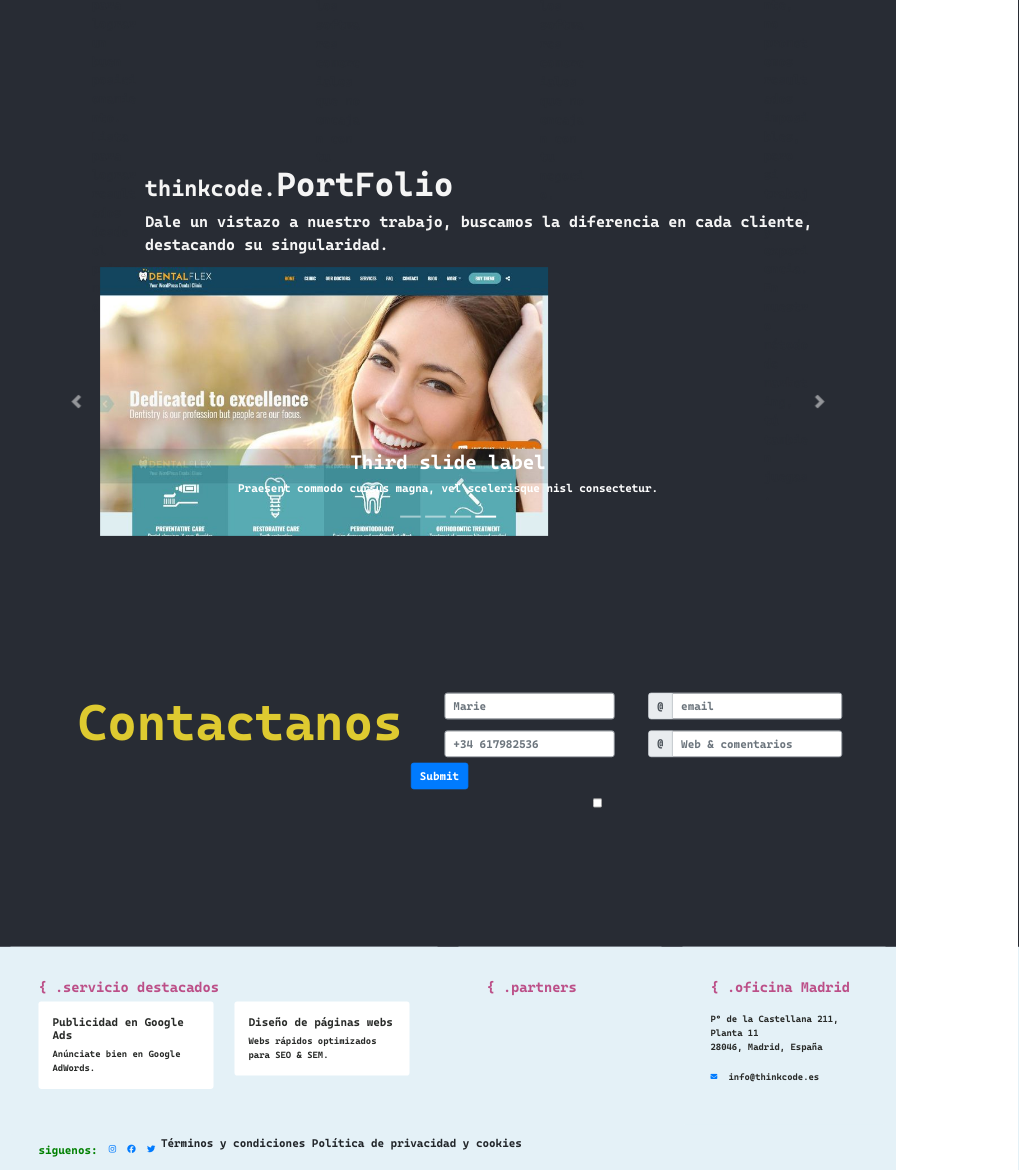
Repository: banchiec/thinkcode
Page: /
These files come from the project's save history. The page is drawn as it stood at one moment and after the next save; the edit follows.
The browser window is 1280 px wide. The page is 1455 px wide, so the pictures cover 1455 px, including what lies to the right of the window. The pictures show the part of the page from y = 2001 to 3681 px (the page is 3673 px tall before and 3681 px after), at 70% of full size.
Some web libraries are served in a nearby version. The project was rebuilt for these pictures with package versions that can differ from the ones it lists, and the page was loaded fresh each time. A package was used in the major version that the imports need, not the one package.json lists. Also part of the build but not shown: src/components/MenuItems.js, src/components/Dropdownthink.css, src/components/Dropdownthink.js, src/components/pages/Consulting.js, src/components/pages/ContactUs.js, src/components/pages/Marketing.js, src/components/pages/Products.js, src/components/pages/Services.js and 1 more. Imported but missing from the stored project, and not drawn on this page: src/components/sliderInfo/SliderInfo.

Above is the page before, as saved 2020-11-30 15:14:25.

After the next save:
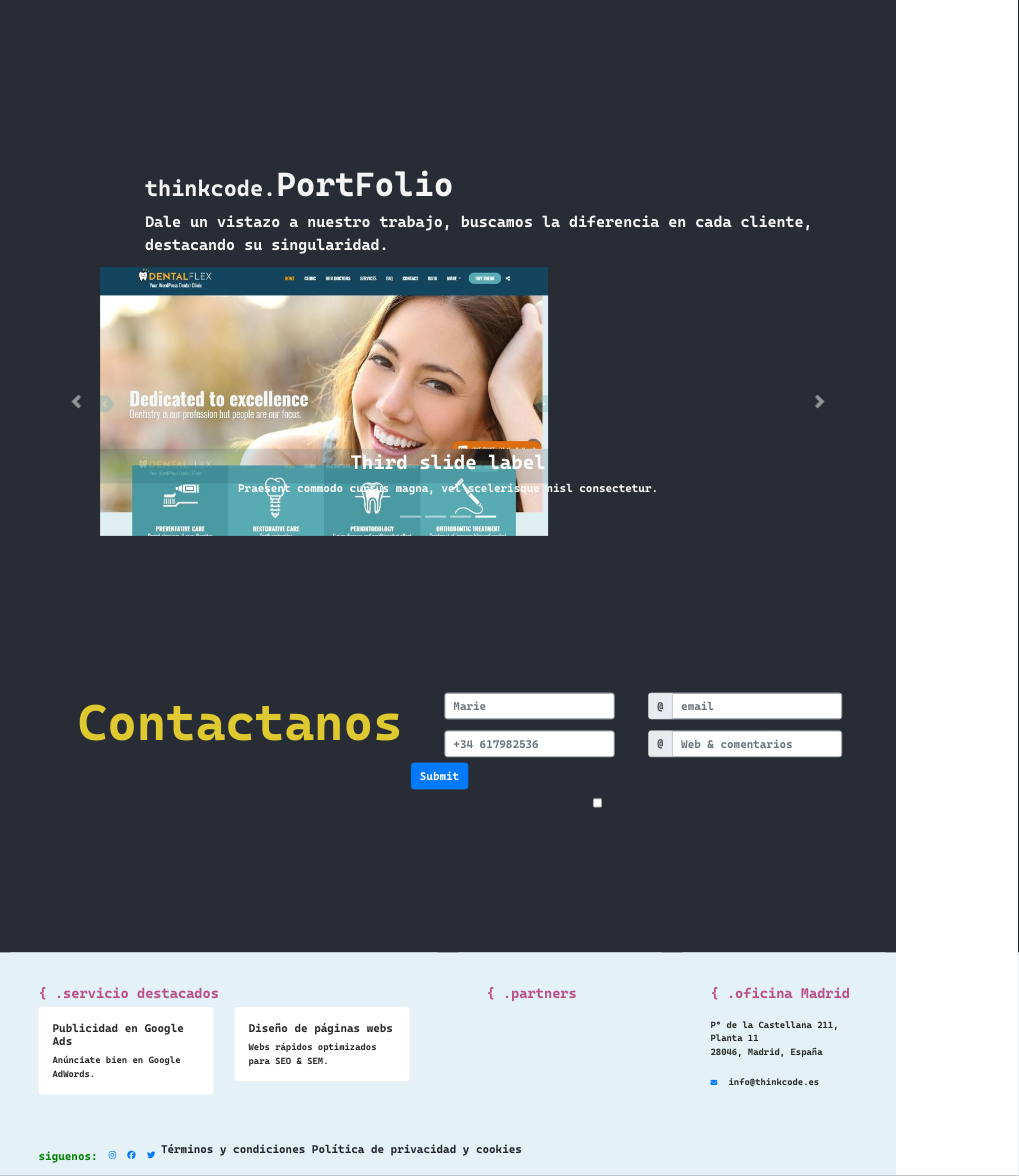
Saved 108 s later.
--- a/src/components/forms/FormContact.js
+++ b/src/components/forms/FormContact.js
@@ -55,7 +55,12 @@ export default function FormContact() {
                             </Button>
 
                         </Form>
-                        <Form.Check>
+                        <Form.Check
+                            type="checkbox"
+                            id="acceptConditions"
+                            className = " mb-2">
+
+
 
                         </Form.Check>
                     </Col>
